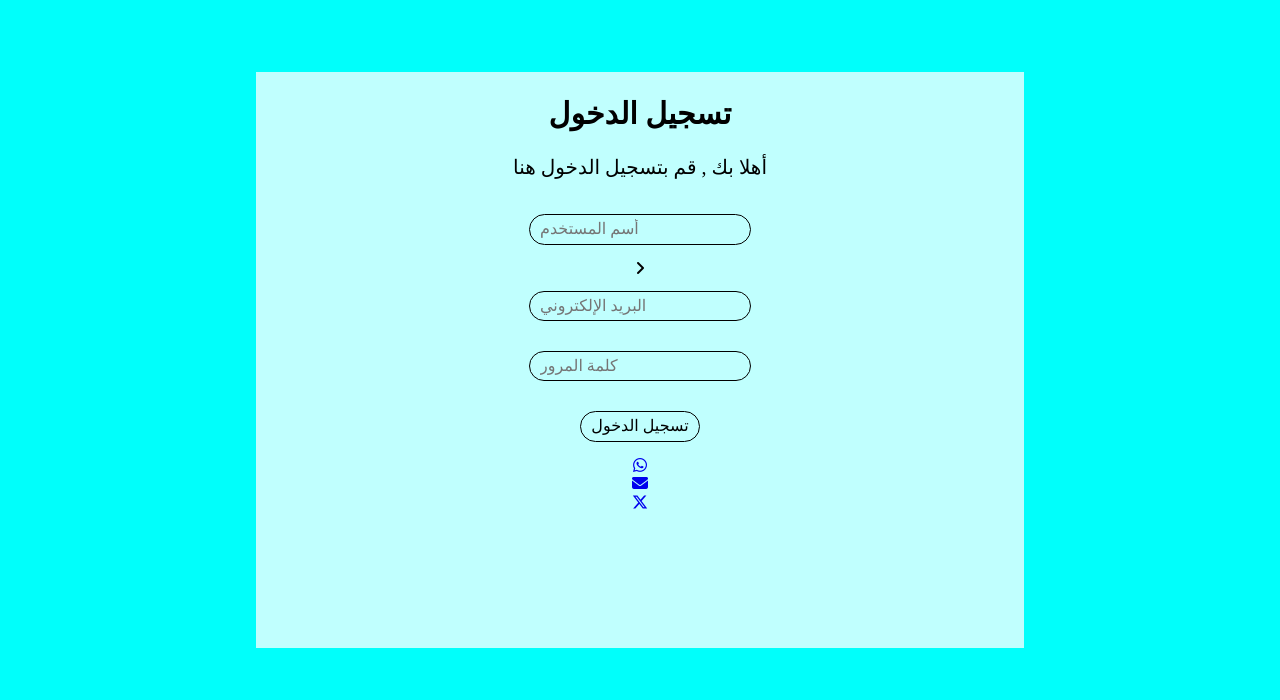
Repository: FaisalFahed/login-page
Page: html/صفحة تسجيل دخول.html
These files come from the project's save history. The page is drawn as it stood at one moment and after the next save; the edit follows.
The browser window is 1280 px wide. The pictures show the whole page.
Some web fonts or font styles are not loaded; a fallback is used.

Above is the page before, as saved 2025-04-01 08:33:45.

After the next save:
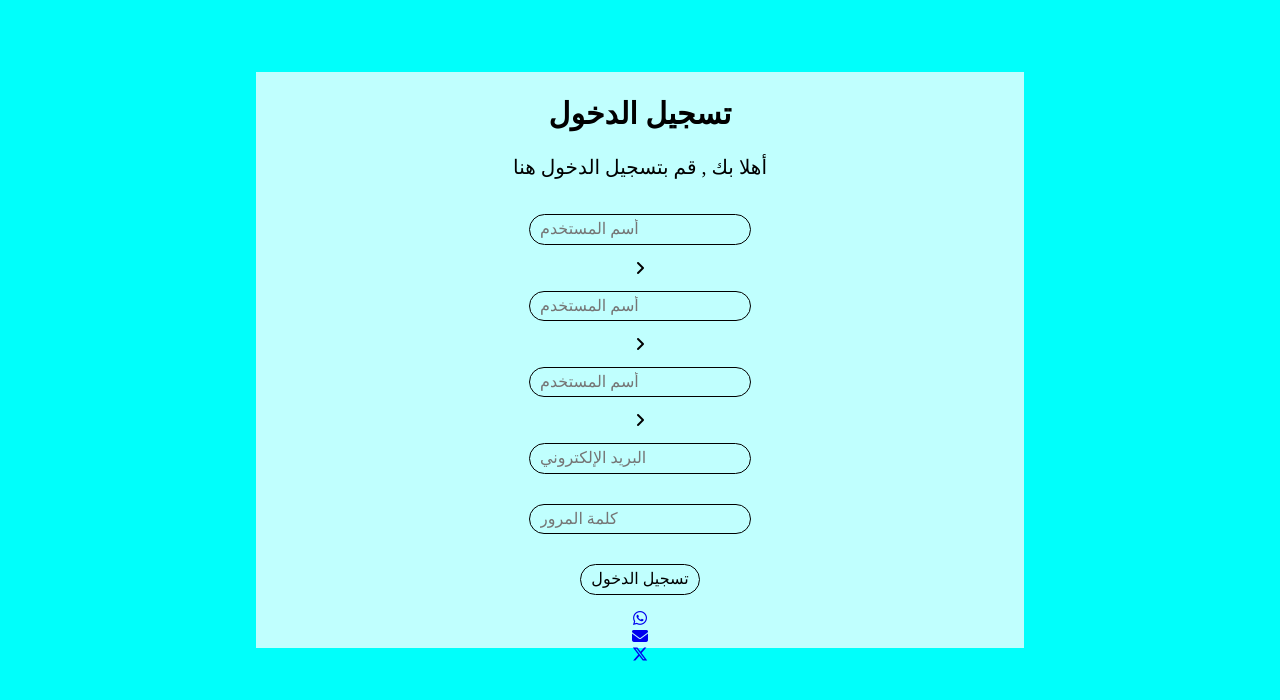
Saved 20 s later.
--- a/html/صفحة تسجيل دخول.html
+++ b/html/صفحة تسجيل دخول.html
@@ -21,6 +21,8 @@
             </div>
             <div class="log-in">
                 <input type="text" placeholder="أسم المستخدم"><i class="fa-solid fa-angle-right"></i></input>
+                <input type="text" placeholder="أسم المستخدم"><i class="fa-solid fa-angle-right"></i></input>
+                <input type="text" placeholder="أسم المستخدم"><i class="fa-solid fa-angle-right"></i></input>
                 <input type="email" placeholder="البريد الإلكتروني">
                 <input type="password" placeholder="كلمة المرور">
                 <input type="submit" value="تسجيل الدخول">
